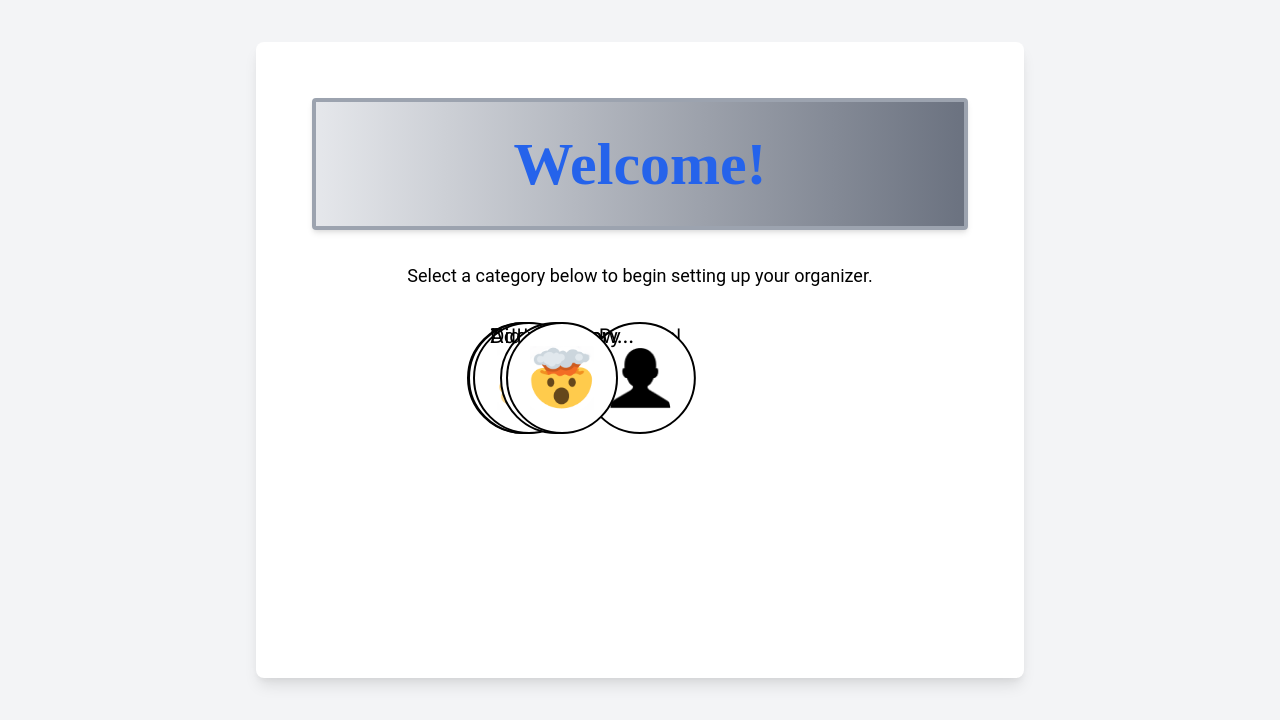
Repository: MercyB19/Russaw_Mercy_Adulting-101_Capstone
Page: page2.html
These files come from the project's save history. The page is drawn as it stood at one moment and after the next save; the edit follows.
The browser window is 1280 px wide. The pictures show the whole page.
Some web fonts or font styles are not loaded; a fallback is used.

Above is the page before, as saved 2024-07-23 06:33:01.

### page2.html
<!DOCTYPE html>
<html lang="en">

<head>
  <meta charset="UTF-8">
  <meta name="viewport" content="width=device-width, initial-scale=1.0">
  <title>YAY Adulting</title>
  <link href="https://cdn.jsdelivr.net/npm/tailwindcss@2.2.19/dist/tailwind.min.css" rel="stylesheet">
  <link rel="stylesheet" href="https://fonts.googleapis.com/css2?family=Balsamiq+Sans:wght@400;700&display=swap">
  <link rel="stylesheet" href="https://fonts.googleapis.com/css2?family=Inter:wght@400;500;600&display=swap">
  <style>
    .pentagon-layout {
      position: relative;
      width: 300px;
      height: 300px;
      margin: 0 auto;
    }

    .pentagon-layout div {
      position: absolute;
    }

    .personal {
      top: 0;
      left: 50%;
      transform: translateX(-50%);
    }

    .secure {
      top: 30%;
      left: 10%;
      transform: translate(-50%. -50%);
    }

    .add-category {
      top: 50%;
      left: 50%;
      transform: translate(-50%, -50%);
    }

    .my-v {
      top: 35%;
      right: 10%;
      transform: translate(50%, -50%);
    }

    .the-bag {
      bottom: 0;
      left: 25%;
      transform: translate(-50%, -50%);
    }

    .did-you-know {
      bottom: 0;
      right: 25%;
      transform: translate(-50%, -50%);
    }
  </style>
</head>

<body class="bg-gray-100 flex justify-center items-center min-h-screen">
  <div class="w-full max-w-screen-md p-8 bg-white rounded-lg shadow-lg">
    <div class="bg-gradient-to-r from-teal to-cyan-500 p-6 rounded-lg">
    <header class="w-full p-8 bg-gradient-to-r from-gray-200 to-gray-500 border-4 border-gray-400 flex flex-col items-center rounded shadow-md mb-8">
      <h1 class="text-6xl font-bold text-blue-600" style="font-family: 'Balsamiq Sans', cursive;">Welcome!</h1>
    </header>
    <div class="text-center mb-8">
      <p class="text-lg" style="font-family: 'Roboto', sans-serif;">Select a category below to begin setting up your organizer.</p>
    </div>
    <div class="pentagon-layout">
      <div class="personal flex flex-col items-center">
        <div class="w-28 h-28 flex justify-center items-center bg-white border-2 border-black rounded-full mb-2">
          <img src="Images/Person_personal_img.png" alt="Personal" class="w-17 h-16">
        </div>
        <p class="text-xl" style="font-family: 'Inter', sans-serif;">Personal</p>
      </div>
      <div class="flex flex-col items-center">
        <div class="w-28 h-28 flex justify-center items-center bg-white border-2 border-black rounded-full mb-2">
          <img src="Images/Secure_icon_img.png" alt="Secure" class="w-16 h-16">
        </div>
        <p class="text-xl" style="font-family: 'Inter', sans-serif;">Secure</p>
      </div>
      <div class="flex flex-col items-center">
        <div class="w-28 h-28 flex justify-center items-center bg-white border-2 border-black rounded-full mb-2">
          <img src="images/My_V_img.png" alt="My V" class="w-15 h-15">
        </div>
        <p class="text-xl" style="font-family: 'Inter', sans-serif;">My "V"</p>
      </div>
      <div class="flex flex-col items-center">
        <div class="w-28 h-28 flex justify-center items-center bg-white border-2 border-black rounded-full mb-2">
          <img src="Images/The_bag_icon_img.png" alt="The Bag" class="w-16 h-16">
        </div>
        <p class="text-xl" style="font-family: 'Inter', sans-serif;">The Bag</p>
      </div>
      <div class="flex flex-col items-center">
        <div class="w-28 h-28 flex justify-center items-center bg-white border-2 border-black rounded-full mb-2">
          <img src="Images/Add_new_img.png" alt="Add Category" class="w-16 h-16">
        </div>
        <p class="text-xl" style="font-family: 'Inter', sans-serif;">Add Category</p>
      </div>
      <div class="flex flex-col items-center">
        <div class="w-28 h-28 flex justify-center items-center bg-white border-2 border-black rounded-full mb-2">
          <img src="Images/did_you_know_icon.png" alt="Did you know" class="w-16 h-16">
        </div>
        <p class="text-xl" style="font-family: 'Inter', sans-serif;">Did you know...</p>
      </div>
    </div>
  </div>
</body>

</html>

After the next save:
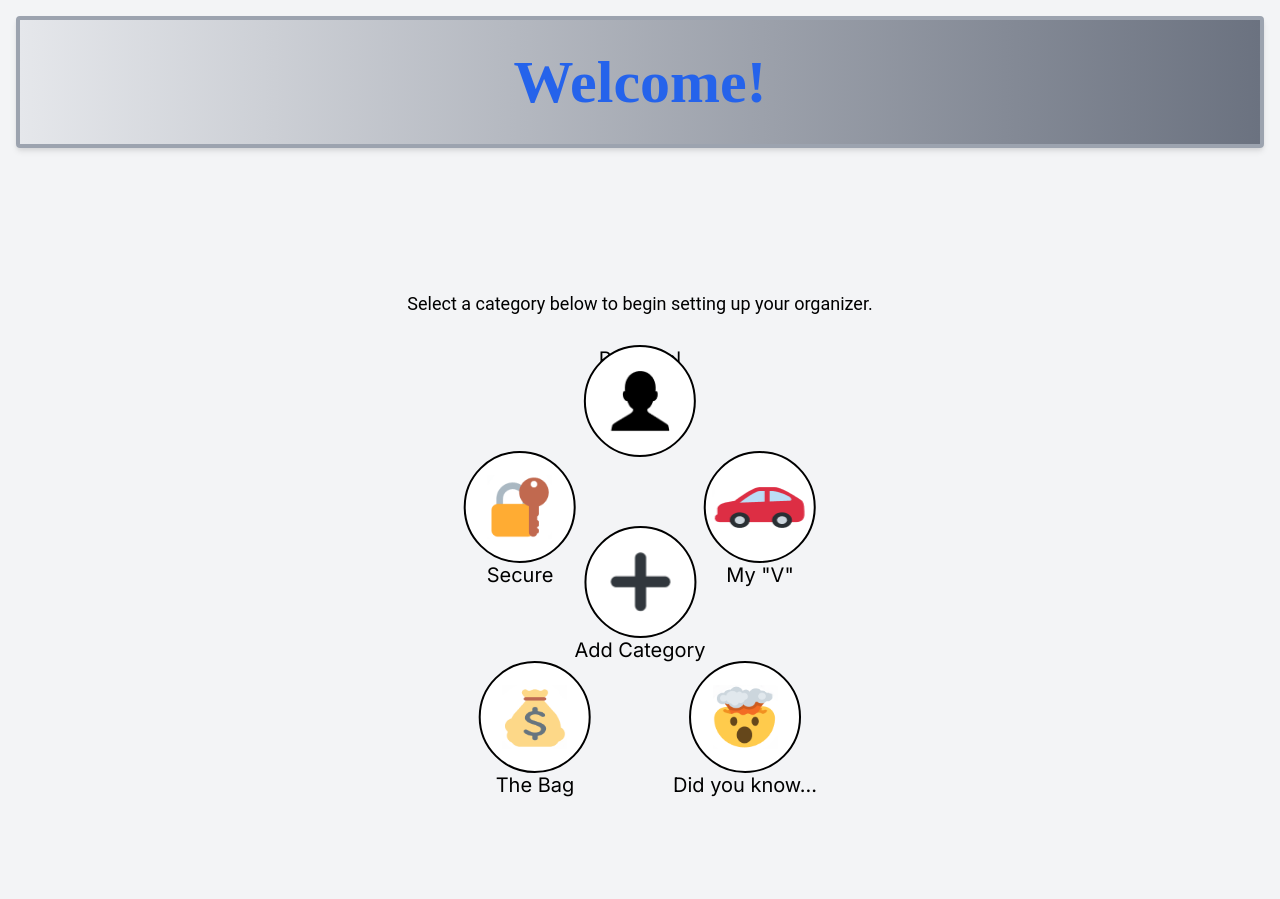
Saved 65 min 59 s later.
--- a/page2.html
+++ b/page2.html
@@ -9,7 +9,7 @@
   <link rel="stylesheet" href="https://fonts.googleapis.com/css2?family=Balsamiq+Sans:wght@400;700&display=swap">
   <link rel="stylesheet" href="https://fonts.googleapis.com/css2?family=Inter:wght@400;500;600&display=swap">
   <style>
-    .pentagon-layout {
+    .pentagon-layout { /*creates a more rounded layout*/
       position: relative;
       width: 300px;
       height: 300px;
@@ -18,91 +18,96 @@
 
     .pentagon-layout div {
       position: absolute;
+      text-align: center;
     }
 
     .personal {
-      top: 0;
+      top: -35%;
       left: 50%;
       transform: translateX(-50%);
     }
 
     .secure {
-      top: 30%;
+      top: 40%;
       left: 10%;
-      transform: translate(-50%. -50%);
+      transform: translate(-50%, -50%);
     }
 
     .add-category {
-      top: 50%;
+      top: 65%;
       left: 50%;
       transform: translate(-50%, -50%);
     }
 
     .my-v {
-      top: 35%;
+      top: 40%;
       right: 10%;
       transform: translate(50%, -50%);
     }
 
     .the-bag {
-      bottom: 0;
-      left: 25%;
-      transform: translate(-50%, -50%);
+      bottom: -10%;
+      left: 15%;
+      transform: translate(-50%, 50%);
     }
 
     .did-you-know {
-      bottom: 0;
-      right: 25%;
-      transform: translate(-50%, -50%);
+      bottom: -10%;
+      right: 15%;
+      transform: translate(50%, 50%);
+    }
+
+    .icon-title {
+      margin-top: 110px;
+      margin-bottom: 100px; /* Adjust as necessary to position text below icons */
     }
   </style>
 </head>
 
-<body class="bg-gray-100 flex justify-center items-center min-h-screen">
-  <div class="w-full max-w-screen-md p-8 bg-white rounded-lg shadow-lg">
-    <div class="bg-gradient-to-r from-teal to-cyan-500 p-6 rounded-lg">
+<body class="bg-gray-100 flex flex-col items-center justify-center min-h-screen">
+  <div class="container mx-auto p-4 flex flex-col items-center">
     <header class="w-full p-8 bg-gradient-to-r from-gray-200 to-gray-500 border-4 border-gray-400 flex flex-col items-center rounded shadow-md mb-8">
       <h1 class="text-6xl font-bold text-blue-600" style="font-family: 'Balsamiq Sans', cursive;">Welcome!</h1>
     </header>
     <div class="text-center mb-8">
-      <p class="text-lg" style="font-family: 'Roboto', sans-serif;">Select a category below to begin setting up your organizer.</p>
+      <p class="icon-title text-lg" style="font-family: 'Roboto', sans-serif;">Select a category below to begin setting up your organizer.</p>
     </div>
     <div class="pentagon-layout">
       <div class="personal flex flex-col items-center">
         <div class="w-28 h-28 flex justify-center items-center bg-white border-2 border-black rounded-full mb-2">
-          <img src="Images/Person_personal_img.png" alt="Personal" class="w-17 h-16">
+          <img src="Images/Person_personal_img.png" alt="Personal" class="w-16 h-16">
         </div>
         <p class="text-xl" style="font-family: 'Inter', sans-serif;">Personal</p>
       </div>
-      <div class="flex flex-col items-center">
+      <div class="secure flex flex-col items-center">
         <div class="w-28 h-28 flex justify-center items-center bg-white border-2 border-black rounded-full mb-2">
           <img src="Images/Secure_icon_img.png" alt="Secure" class="w-16 h-16">
         </div>
-        <p class="text-xl" style="font-family: 'Inter', sans-serif;">Secure</p>
+        <p class="icon-title text-xl" style="font-family: 'Inter', sans-serif;">Secure</p>
       </div>
-      <div class="flex flex-col items-center">
+      <div class="add-category flex flex-col items-center">
         <div class="w-28 h-28 flex justify-center items-center bg-white border-2 border-black rounded-full mb-2">
-          <img src="images/My_V_img.png" alt="My V" class="w-15 h-15">
+          <img src="Images/Add_new_img.png" alt="Add Category" class="w-16 h-16">
         </div>
-        <p class="text-xl" style="font-family: 'Inter', sans-serif;">My "V"</p>
+        <p class="icon-title text-xl" style="font-family: 'Inter', sans-serif;">Add Category</p>
       </div>
-      <div class="flex flex-col items-center">
+      <div class="my-v flex flex-col items-center">
+        <div class="w-28 h-28 flex justify-center items-center bg-white border-2 border-black rounded-full mb-2">
+          <img src="Images/My_V_img.png" alt="My V" class="w-15 h-15">
+        </div>
+        <p class="icon-title text-xl" style="font-family: 'Inter', sans-serif;">My "V"</p>
+      </div>
+      <div class="the-bag flex flex-col items-center">
         <div class="w-28 h-28 flex justify-center items-center bg-white border-2 border-black rounded-full mb-2">
           <img src="Images/The_bag_icon_img.png" alt="The Bag" class="w-16 h-16">
         </div>
-        <p class="text-xl" style="font-family: 'Inter', sans-serif;">The Bag</p>
+        <p class="icon-title text-xl" style="font-family: 'Inter', sans-serif;">The Bag</p>
       </div>
-      <div class="flex flex-col items-center">
-        <div class="w-28 h-28 flex justify-center items-center bg-white border-2 border-black rounded-full mb-2">
-          <img src="Images/Add_new_img.png" alt="Add Category" class="w-16 h-16">
-        </div>
-        <p class="text-xl" style="font-family: 'Inter', sans-serif;">Add Category</p>
-      </div>
-      <div class="flex flex-col items-center">
+      <div class="did-you-know flex flex-col items-center">
         <div class="w-28 h-28 flex justify-center items-center bg-white border-2 border-black rounded-full mb-2">
           <img src="Images/did_you_know_icon.png" alt="Did you know" class="w-16 h-16">
         </div>
-        <p class="text-xl" style="font-family: 'Inter', sans-serif;">Did you know...</p>
+        <p class="icon-title text-xl" style="font-family: 'Inter', sans-serif;">Did you know...</p>
       </div>
     </div>
   </div>
